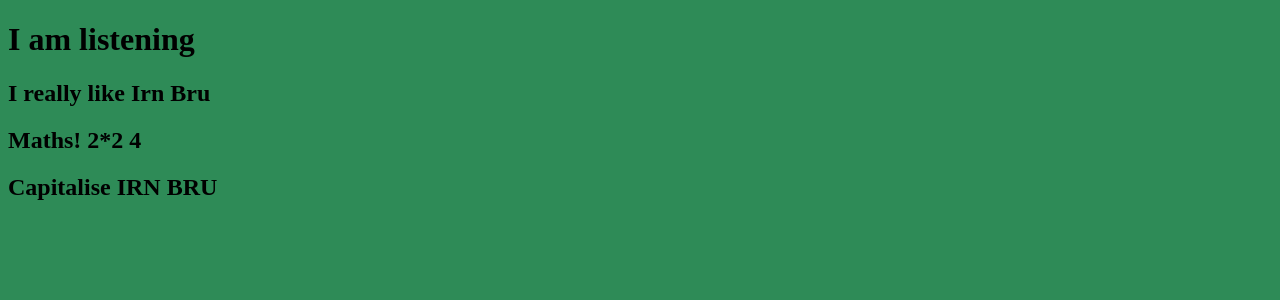
Repository: sinemgcmn/ImageBoard
Page: public/index.html
The author's editor kept a copy of each file at every save. The page is drawn from the files as they stood at one save, then again after the next save.
The browser window is 1280 px wide. The pictures show the whole page.

Above is the page before, as saved 2021-02-25 15:25:18.

### public/index.html
<!doctype html>
<html>
<head>
    <title>imageboard</title>
    <link rel="stylesheet" href="/style.css">
</head>
<body>
    <h1>I am listening</h1>
    <div id="main">
        <h2>I really like {{name}}</h2>
        <h2>Maths! 2*2 {{2 * 2}}</h2>
        <h2>Capitalise {{name.toUpperCase()}}</h2>
        <h2 v-if="seen">Can you see me</h2>
    </div>
    <script src="/js/vue.js"></script>
    <script src="/js/axios.min.js"></script>
    <script src="/js/script.js"></script>
</body>
</html>

### public/style.css
body {
    background-color: seagreen;
}

### public/js/script.js
console.log("sanity check");

new Vue({
    el: "#main",
    data: {
        name: "Irn Bru",
        seen: false,
    },
});

Loaded but not shown: public/js/vue.js (library); public/js/axios.min.js (library)

After the next save:
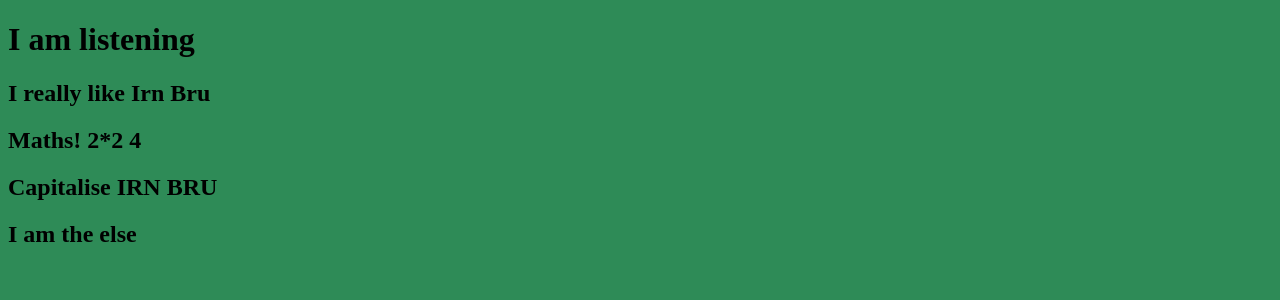
Saved 2 min 1 s later.
--- a/public/index.html
+++ b/public/index.html
@@ -11,6 +11,7 @@
         <h2>Maths! 2*2 {{2 * 2}}</h2>
         <h2>Capitalise {{name.toUpperCase()}}</h2>
         <h2 v-if="seen">Can you see me</h2>
+        <h2 v-else>I am the else</h2>
     </div>
     <script src="/js/vue.js"></script>
     <script src="/js/axios.min.js"></script>
